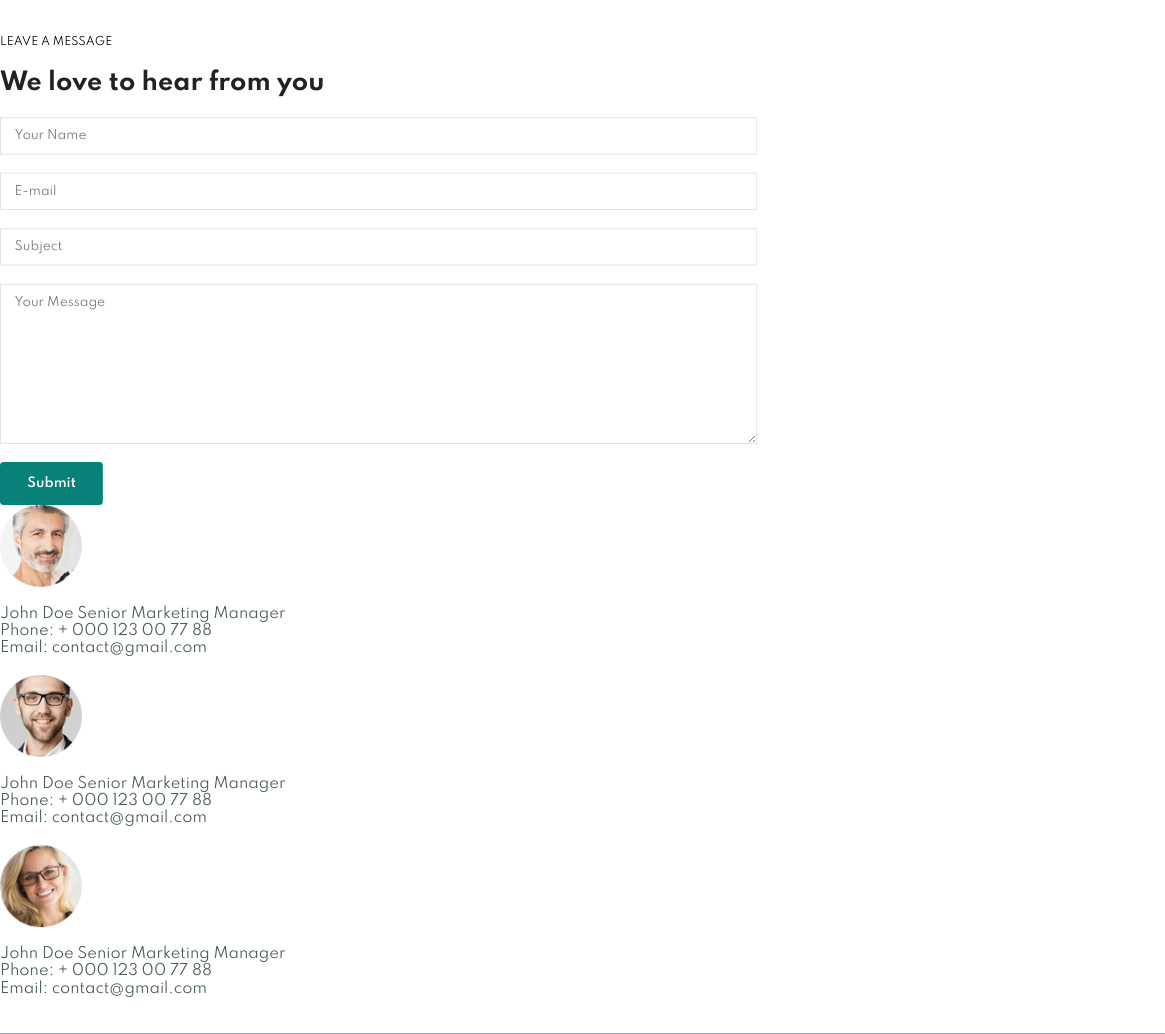
Repository: MinhNhatIT2901/Ecommerce
Page: contact.html
These files come from the project's save history. The page is drawn as it stood at one moment and after the next save; the edit follows.
The browser window is 1280 px wide. The pictures show the part of the page from y = 813 to 1949 px (the page is 2562 px tall), at 91% of full size.
Pictures or frames that could not be fetched are drawn as grey boxes. Some web libraries are served in a nearby version.

Above is the page before, as saved 2022-01-19 21:21:25.

### contact.html
<!DOCTYPE html>
<html lang="en">
<head>
    <meta charset="UTF-8">
    <meta http-equiv="X-UA-Compatible" content="IE=edge">
    <meta name="viewport" content="width=device-width, initial-scale=1.0">
    <title>Ecommerce</title>
    <link rel="stylesheet" href="https://pro.fontawesome.com/releases/v5.10.0/css/all.css" integrity="sha384-AYmEC3Yw5cVb3ZcuHtOA93w35dYTsvhLPVnYs9eStHfGJvOvKxVfELGroGkvsg+p" crossorigin="anonymous"/>
    <link rel="stylesheet" href="./styles/style.css">
</head>
<body>

    <section id="header">
        <a href="">
            <img src="./imgs/img/logo.png" alt="" class="logo">
        </a>
        <div>
            <ul id="navbar">
                <li><a href="index.html">Home</a></li>
                <li><a href="shop.html">Shop</a></li>
                <li><a href="blog.html">Blog</a></li>
                <li><a href="about.html">About</a></li>
                <li><a class="active" href="contact.html">Contact</a></li>
                <li id="lg-bar"><a href="cart.html"><i class="far fa-shopping-bag"></i></a></li>
                <li><a href="login.html"><i class="fas fa-user"></i></a></li>
                <a href="#" id="close">
                    <i class="far fa-times"></i>
                </a>
            </ul>
        </div>
        <div id="mobile">
            <a href="cart.html"><i class="far fa-shopping-bag"></i></a>
            <i id="bar" class="fas fa-outdent"></i>
        </div>
    </section>

    <section id="page-header" class="about-header">
        <h2>#let's_talk</h2>
        <p>LEAVE A MESSAGE, We love to hear from you!</p>
    </section>

    <section class="contact-details section-p1">
        <div class="details">
            <span>GET IN TOUCH</span>
            <h2>Visit one of our agency locations or contact us today</h2>
            <h3>Head Office</h3>
            <div>
                <li>
                    <i class="fal fa-map"></i>
                    <p>56 Glassford Street Glasgow G1 1UL New York</p>
                </li>
                <li>
                    <i class="far fa-envelope"></i>
                    <p>contact@gmail.com</p>
                </li>
                <li>
                    <i class="fas fa-phone-alt"></i>
                    <p>+84 456 9999</p>
                </li>
                <li>
                    <i class="far fa-clock"></i>
                    <p>Monday to Saturday: 9.00am to 16.pm</p>
                </li>
            </div>
        </div>
        <div class="map">
            <iframe src="https://www.google.com/maps/embed?pb=!1m18!1m12!1m3!1d2469.808984134499!2d-1.2565554842535356!3d51.754816379676555!2m3!1f0!2f0!3f0!3m2!1i1024!2i768!4f13.1!3m3!1m2!1s0x4876c6a9ef8c485b%3A0xd2ff1883a001afed!2zxJDhuqFpIGjhu41jIE94Zm9yZA!5e0!3m2!1svi!2s!4v1642600581756!5m2!1svi!2s" width="600" height="450" style="border:0;" allowfullscreen="" loading="lazy"></iframe>
        </div>
    </section>

    <section id="form-details">
        <form action="">
            <span>LEAVE A MESSAGE</span>
            <h2>We love to hear from you</h2>
            <input type="text" placeholder="Your Name">
            <input type="text" placeholder="E-mail">
            <input type="text" placeholder="Subject">
            <textarea name="" id="" cols="30" rows="10" placeholder="Your Message"></textarea>
            <button class="normal">Submit</button>
        </form>

        <div class="people">
            <div>
                <img src="./imgs/img/people/1.png" alt="">
                <p><span>John Doe</span> Senior Marketing Manager <br> Phone: + 000 123
                    00 77 88 <br>Email: contact@gmail.com</p>
            </div>
            <div>
                <img src="./imgs/img/people/2.png" alt="">
                <p><span>John Doe</span> Senior Marketing Manager <br> Phone: + 000 123
                    00 77 88 <br>Email: contact@gmail.com</p>
            </div>
            <div>
                <img src="./imgs/img/people/3.png" alt="">
                <p><span>John Doe</span> Senior Marketing Manager <br> Phone: + 000 123
                    00 77 88 <br>Email: contact@gmail.com</p>
            </div>
        </div>
    </section>

    <section id="newsletter" class="section-p1 section-m1">
        <div class="newstext">
            <h4>Sign Up For Newsletters</h4>
            <p>Get E-mail uppdates about our latest shop and <span>special offers</span></p>
        </div>
        <div class="form">
            <input type="text" placeholder="Your email address">
            <button class="normal">Sign Up</button>
        </div>
    </section>

    <footer class="section-p1">
        <div class="col">
            <img  class="logo" src="imgs/img/logo.png" alt="">
            <h4>Contact</h4>
            <p><strong>Address: </strong> 562 Wellington Road, Street 32, San Francisco</p>
            <p><strong>Phone:</strong> +01 2222 365 /(+91) e1 2345 6789</p>
            <p><strong>Hours:</strong> 10:00 - 18:00, Mon - Sat</p>
            <div class="follow">
                <h4>Follow us</h4>
                <div class="icon">
                    <i class="fab fa-facebook-f"></i>
                    <i class="fab fa-twitter"></i>
                    <i class="fab fa-instagram"></i>
                    <i class="fab fa-pinterest-p"></i>
                    <i class="fab fa-youtube"></i>
                </div>
            </div>
        </div>

        <div class="col">
            <h4>About</h4>
            <a href="#">About us</a>
            <a href="#">Delivery Information</a>
            <a href="#">Privacy Policy</a>
            <a href="#">Terms & Conditions</a>
            <a href="#">Contact Us</a>
        </div>

        <div class="col">
            <h4>My Account</h4>
            <a href="#">Sign In</a>
            <a href="#">View Cart</a>
            <a href="#">My Wishlist</a>
            <a href="#">Track My Order</a>
            <a href="#">Help</a>
        </div>

        <div class="col install">
            <h4>Install App</h4>
            <p>From App Store or Google Play</p>
            <div class="row">
                <img src="imgs/img/pay/app.jpg" alt="">
                <img src="imgs/img/pay/play.jpg" alt="">
            </div>
            <p>Secured Payment Gateways </p>
            <img src="imgs/img/pay/pay.png" alt="">
        </div>
    </footer>
    <div class="copyright">
        <p>® 2021, Tech2 etc HTML CSS Ecommerce Templatek</p>
    </div>
    <script src="./styles/style.js"></script>
</body>
</html>

### styles/style.css
@import url("https://fonts.googleapis.com/css2?family=Poppins:wght@400;500;600;700&family=Spartan:wght@400;500;600;700&display=swap");

:root {
  --primary-color: #088178;
}
* {
  padding: 0;
  margin: 0;
  box-sizing: border-box;
  font-family: "Spartan", sans-serif;
}

h1 {
  font-size: 50px;
  line-height: 64px;
  color: #222;
}

h2 {
  font-size: 46px;
  line-height: 54px;
  color: #222;
}

h4 {
  font-size: 20px;
  color: #222;
}

h6 {
  font-weight: 700;
  font-size: 12px;
}

p {
  font-size: 16px;
  color: #465b52;
  margin: 15px 0 20px 0;
}

.section-p1 {
  padding: 40px 80px;
}

.section-m1 {
  margin: 40px 0;
}

button.normal {
  font-size: 14px;
  font-weight: 600;
  padding: 15px 30px;
  color: #000;
  background-color: #fff;
  cursor: pointer;
  border-radius: 4px;
  outline: none;
  transition: 0.25s;
  border: none;
}

button.white {
  font-size: 13px;
  font-weight: 600;
  padding: 11px 18px;
  color: #fff;
  background-color: transparent;
  cursor: pointer;
  outline: none;
  transition: 0.25s;
  border: 1px solid #fff;
  transition: 0.25s ease;
}

body {
  width: 100%;
}

/* Header */
#header {
  display: flex;
  align-items: center;
  justify-content: space-between;
  padding: 20px 80px;
  background: #e3e6f3;
  box-shadow: 0 5px 15px rgba(0, 0, 0, 0.06);
  z-index: 100;
  position: sticky;
  top: 0;
  left: 0;
}

#navbar {
  display: flex;
  align-items: center;
  justify-content: center;
}

#navbar li {
  list-style: none;
  padding: 0 20px;
  position: relative;
}

#navbar li a {
  text-decoration: none;
  font-size: 16px;
  font-weight: 600;
  color: #1a1a1a;
  transition: 0.25s ease;
}

#navbar li a:hover,
#navbar li a.active {
  color: var(--primary-color);
}

#navbar li a.active::after,
#navbar li a:hover::after {
  content: "";
  width: 30%;
  height: 2px;
  position: absolute;
  bottom: -4px;
  left: 20px;
  background: var(--primary-color);
}

#mobile {
  display: none;
  align-items: center;
}

#close {
  display: none;
}

/* Page home */
#hero {
  background-image: url("/imgs/img/hero4.png");
  height: 90vh;
  width: 100%;
  background-position: top 25% right 0;
  background-size: cover;
  padding: 0 80px;
  display: flex;
  align-items: flex-start;
  justify-content: center;
  flex-direction: column;
}

#hero h4 {
  padding-bottom: 15px;
}

#hero h1 {
  color: var(--primary-color);
}

#hero button {
  background-image: url("/imgs/img/button.png");
  background-color: transparent;
  color: var(--primary-color);
  border: 0;
  padding: 14px 80px 14px 65px;
  background-repeat: no-repeat;
  font-weight: 700;
  font-size: 15px;
  cursor: pointer;
}

#feature {
  display: flex;
  align-items: center;
  justify-content: space-between;
  flex-wrap: wrap;
}

#feature .fe-box {
  width: 180px;
  text-align: center;
  padding: 25px 15px;
  box-shadow: 20px 20px 34px rgba(0, 0, 0, 0.03);
  border: 1px solid #cce7d0;
  border-radius: 4px;
  margin: 15px 0;
}

#feature .fe-box:hover {
  box-shadow: 10px 10px 54px rgba(70, 62, 221, 0.1);
  cursor: pointer;
}

#feature .fe-box img {
  width: 100%;
  margin-bottom: 10px;
}

#feature .fe-box h6 {
  padding: 9px 8px 6px 8px;
  line-height: 1;
  border-radius: 4px;
  color: #088178;
  background-color: #fddde4;
}

#feature .fe-box:nth-child(2) h6 {
  background-color: #cdebbc;
}

#feature .fe-box:nth-child(3) h6 {
  background-color: #d1e8f2;
}

#feature .fe-box:nth-child(4) h6 {
  background-color: #cdd4f8;
}

#feature .fe-box:nth-child(5) h6 {
  background-color: #f6dbf6;
}

#feature .fe-box:nth-child(6) h6 {
  background-color: #fff2e5;
}

#product1 {
  text-align: center;
}

#product1 .pro-container {
  display: flex;
  justify-content: space-between;
  padding-top: 20px;
  flex-wrap: wrap;
}

#product1 .pro {
  width: 23%;
  min-width: 250px;
  padding: 10px 12px;
  border: 1px solid #cce7d0;
  border-radius: 25px;
  cursor: pointer;
  box-shadow: 20px 20px 30px rgba(0, 0, 0, 0.02);
  margin: 15px 0;
  transition: 0.25s ease-in;
  position: relative;
}

#product1 .pro:hover {
  box-shadow: 20px 20px 30px rgba(0, 0, 0, 0.06);
}

#product1 .pro img {
  width: 100%;
  border-radius: 20px;
}

#product1 .pro .des {
  text-align: start;
  padding: 10px 0;
}

#product1 .pro .des span {
  color: #606060;
  font-size: 12px;
}

#product1 .pro .des h5 {
  padding-top: 7px;
  color: #1a1a1a;
  font-size: 14px;
}

#product1 .pro .des i {
  font-size: 12px;
  color: rgb(243, 181, 25);
}

#product1 .pro .des h4 {
  padding-top: 17px;
  font-size: 15px;
  font-weight: 700;
  color: var(--primary-color);
}

#product1 .pro .cart {
  width: 40px;
  height: 40px;
  line-height: 40px;
  border-radius: 50px;
  background-color: #e8f6ea;
  color: var(--primary-color);
  border: 1px solid #cce7d0;
  right: 10px;
  position: absolute;
  bottom: 20px;
}

#product1 .pro .cart:hover {
  background-color: #a2fab0;
}

#banner {
  display: flex;
  flex-direction: column;
  justify-content: center;
  align-items: center;
  text-align: center;
  background-image: url("/imgs/img/banner/b2.jpg");
  width: 100%;
  height: 40vh;
  background-size: cover;
  background-position: center;
}

#banner h4 {
  color: #fff;
  font-size: 16px;
}

#banner h2 {
  color: #fff;
  font-size: 30px;
  padding: 10px 0;
}

#banner h2 span {
  color: #ef3636;
}

#banner button:hover {
  background-color: var(--primary-color);
  color: #fff;
}

#sm-banner {
  display: flex;
  justify-content: space-between;
  flex-wrap: wrap;
}

#sm-banner .banner-box {
  display: flex;
  flex-direction: column;
  justify-content: center;
  align-items: flex-start;
  background-image: url("/imgs/img/banner/b17.jpg");
  min-width: 660px;
  height: 50vh;
  background-size: cover;
  background-position: center;
  padding: 30px;
}

#sm-banner h4 {
  color: #fff;
  font-size: 30px;
  font-weight: 300;
}

#sm-banner h2 {
  color: #fff;
  font-size: 28px;
  font-weight: 800;
}

#sm-banner span {
  color: #fff;
  font-size: 16px;
  font-weight: 300;
  padding-bottom: 15px;
}

#sm-banner .banner-box:hover button {
  background: var(--primary-color);
  border: 1px solid var(--primary-color);
}

#sm-banner .banner-box2 {
  background-image: url("/imgs/img/banner/b10.jpg");
}

#banner3 {
  display: flex;
  justify-content: space-between;
  flex-wrap: wrap;
  padding: 0 80px;
}

#banner3 .banner-box {
  display: flex;
  flex-direction: column;
  justify-content: center;
  align-items: flex-start;
  background-image: url("/imgs/img/banner/b7.jpg");
  min-width: 30%;
  height: 30vh;
  background-size: cover;
  background-position: center;
  padding: 20px;
}

#banner3 h2 {
  color: #fff;
  font-weight: 900;
  font-size: 22px;
}

#banner3 h3 {
  color: red;
  font-weight: 800;
  font-size: 15px;
}

#banner3 .banner-box2 {
  background-image: url("/imgs/img/banner/b4.jpg");
}

#banner3 .banner-box3 {
  background-image: url("/imgs/img/banner/b18.jpg");
}

#newsletter {
  display: flex;
  justify-content: space-between;
  flex-wrap: wrap;
  text-align: center;
  background-image: url("/imgs/img/banner/b14.jpg");
  background-repeat: no-repeat;
  background-position: 20% 30%;
  background-color: #041e42;
}

#newsletter h4 {
  font-size: 22px;
  font-weight: 600;
  color: #fff;
}

#newsletter p {
  font-size: 22px;
  font-weight: 600;
  color: #818ea0;
}

#newsletter p span {
  color: #ffbd27;
}

#newsletter .form {
  display: flex;
  height: 3.123rem;
}

.form-input {
  padding: 0 1.25rem;
  font-size: 14px;
  border: 1px solid transparent;
  border-radius: 4px;
  outline: none;
  border-top-right-radius: 0;
  border-bottom-right-radius: 0;
  position: relative;
}

.form-input:focus {
  border-color: #210af7;
}

#newsletter button {
  background-color: var(--primary-color);
  color: #fff;
  white-space: nowrap;
  border-top-left-radius: 0;
  border-bottom-left-radius: 0;
}

footer {
  display: flex;
  flex-wrap: wrap;
  justify-content: space-between;
}

footer .col {
  display: flex;
  flex-direction: column;
  align-items: flex-start;
  margin-bottom: 20px;
}

footer .logo {
  margin-bottom: 30px;
}

footer h4 {
  font-size: 14px;
  padding-bottom: 20px;
}

footer p {
  font-size: 13px;
  margin: 0 0 8px 0;
}

footer a {
  font-size: 13px;
  text-decoration: none;
  color: #222;
  margin-bottom: 10px;
}

footer .follow {
  margin-top: 20px;
}

footer .follow i {
  color: #465b52;
  padding-right: 4px;
  cursor: pointer;
}

.row img:hover {
  cursor: pointer;
  transform: scale(1.03);
}

footer .install .row img {
  border: 1px solid var(--primary-color);
  border-radius: 6px;
}

footer .install img {
  margin: 10px 0 15px 0;
  transition: transform 0.25s linear;
}

footer .follow i:hover,
footer a:hover {
  color: var(--primary-color);
}

.copyright {
  text-align: center;
}

/* Shop */
#page-header {
  background-image: url("/imgs/img/banner/b1.jpg");
  width: 100%;
  height: 40vh;
  background-size: cover;
  display: flex;
  justify-content: center;
  align-items: center;
  text-align: center;
  flex-direction: column;
  padding: 14px;
}

#page-header h2,
#page-header p {
  color: #fff;
}

#pagination {
  text-align: center;
}

#pagination a {
  text-decoration: none;
  background-color: var(--primary-color);
  padding: 15px 20px;
  border-radius: 4px;
  font-weight: 600;
  color: #fff;
}

#pagination a i {
  font-size: 16px;
  font-weight: 600;
}

/* Single Product */
#prodetails {
  display: flex;
  margin-top: 20px;
}
#prodetails .single-pro-img {
  width: 40%;
  margin-right: 50px;
}

.small-img-group {
  display: flex;
  justify-content: space-between;
}

.small-img-col {
  flex-basis: 24%;
  cursor: pointer;
}

.single-pro-details {
  width: 50%;
  padding-top: 30px;
}

.single-pro-details h4 {
  padding: 40px 0 20px 0;
}

.single-pro-details h2 {
  font-size: 26px;
}

.single-pro-details select {
  display: block;
  padding: 5px 10px;
  margin-bottom: 10px;
}

.single-pro-details input {
  width: 50px;
  height: 47px;
  padding-left: 10px;
  font-size: 16px;
  margin-right: 10px;
}

.single-pro-details input:focus {
  outline: none;
}

.single-pro-details button {
  background: var(--primary-color);
  color: #fff;
}

.single-pro-details span {
  line-height: 25px;
}

/* Blog Page */
#page-header.blog-header {
  background-image: url("/imgs/img/banner/b19.jpg");
}

#blog {
  padding: 150px 150px 0 150px;
}

#blog .blog-box {
  position: relative;
  display: flex;
  align-items: center;
  width: 100%;
  padding-bottom: 90px;
}

#blog .blog-img {
  width: 50%;
  margin-right: 40px;
}

#blog img {
  width: 100%;
  height: 300px;
  object-fit: cover;
}

#blog .blog-details {
  width: 50%;
}

#blog .blog-details a {
  text-decoration: none;
  font-size: 11px;
  color: #000;
  font-weight: 700;
  position: relative;
  transition: 0.25 ease;
}

#blog .blog-details a::after {
  content: "";
  width: 50px;
  height: 1px;
  background-color: #000;
  position: absolute;
  top: 4px;
  right: -60px;
}

#blog .blog-details a:hover {
  color: var(--primary-color);
}

#blog .blog-details a:hover::after {
  background-color: var(--primary-color);
}

#blog .blog-box h1 {
  position: absolute;
  top: -40px;
  left: 0;
  font-size: 70px;
  font-weight: 700;
  z-index: -9;
  color: #c9cbce;
}

/* About Page */
#page-header.about-header {
  background-image: url("/imgs/img/about/banner.png");
}

#about-head {
  display: flex;
  align-items: center;
}

#about-head img {
  width: 50%;
  height: auto;
}

#about-head div {
  padding-left: 40px;
}

#about-head div p,
#about-head div abbr {
  line-height: 1.4;
}

#about-app {
  text-align: center;
}

#about-app .video {
  width: 70%;
  height: 100%;
  margin: 30px auto 0;
}

#about-app .video video {
  width: 100%;
  height: 100%;
  border-radius: 20px;
}

/* Contact Page */

.contact-details {
  display: flex;
  align-items: center;
  justify-content: space-between;
}

.contact-details .details {
  width: 40%;
}

.contact-details .details {
  width: 40%;
}

.contact-details .details span,
#form-details form span {
  font-size: 12px;
}

.contact-details .details h2,
#form-details form h2 {
  font-size: 26px;
  line-height: 35px;
  padding: 20px 0;
}

.contact-details .details h3 {
  font-size: 16px;
  padding-bottom: 15px;
}

.contact-details .details li {
  list-style: none;
  display: flex;
  padding: 10px 0;
}

.contact-details .details li i {
  font-size: 14px;
  padding-right: 22px;
}

.contact-details .details li p {
  margin: 0;
  font-size: 14px;
}

.contact-details .map {
  width: 55%;
  height: 400px;
}

.contact-details .map iframe {
  width: 100%;
  height: 100%;
}

#form-details form {
  width: 65%;
  display: flex;
  flex-direction: column;
  align-items: flex-start;
}

#form-details form input,
#form-details form textarea {
  width: 100%;
  padding: 12px 15px;
  outline: none;
  margin-bottom: 20px;
  border: 1px solid #e1e1e1;
}

#form-details form button {
  background-color: #088178;
  color: #fff;
}

/* Reponsive Start Media */
@media (max-width: 799px) {
  .section-p1 {
    padding: 40px 40px;
  }
  #navbar {
    display: flex;
    flex-direction: column;
    align-items: flex-start;
    justify-content: flex-start;
    position: fixed;
    top: 0;
    right: -300px;
    height: 100vh;
    width: 300px;
    background-color: #e3e6f3;
    box-shadow: 0 40px 60px rgba(0, 0, 0, 0.02);
    padding: 80px 0 0 10px;
    transition: 0.25s ease;
  }

  #navbar.active {
    right: 0;
  }

  #navbar li {
    margin-bottom: 25px;
  }

  #mobile {
    display: flex;
    align-items: center;
  }

  #mobile i {
    color: #1a1a1a;
    font-size: 24px;
    padding-left: 20px;
  }

  #close {
    position: absolute;
    top: 30px;
    right: 30px;
    color: #222;
    font-size: 24px;
    display: initial;
  }

  #lg-bar {
    display: none;
  }

  #hero {
    height: 70vh;
    padding: 0 80px;
    display: flex;
    background-position: top 30% right 30%;
  }

  #feature {
    justify-content: center;
  }

  #feature .fe-box {
    margin: 15px;
  }

  #product1 .pro-container {
    justify-content: center;
  }

  #product1 .pro {
    margin: 15px;
  }

  #banner {
    height: 20vh;
  }

  #sm-banner .banner-box {
    min-width: 100%;
    height: 30vh;
  }

  #banner3 {
    padding: 0 40px;
  }

  #banner3 .banner-box {
    width: 28%;
  }

  #newsletter .form {
    width: 100%;
  }
}

@media (max-width: 477px) {
  .section-p1 {
    padding: 20px;
  }

  #header {
    padding: 10px 30px;
  }

  h1 {
    font-size: 38px;
  }

  h2 {
    font-size: 32px;
  }

  #hero {
    padding: 0 20px;
    background-position: 55%;
  }

  #feature {
    justify-content: space-between;
  }

  #feature .fe-box {
    width: 155px;
    margin: 0 0 15px 0;
  }

  #product1 .pro {
    width: 100%;
  }

  #banner {
    height: 40vh;
  }

  #sm-banner .banner-box {
    height: 40vh;
  }

  #sm-banner .banner-box2 {
    margin-top: 20px;
  }

  #banner3 {
    padding: 0 20px;
  }

  #banner3 .banner-box {
    width: 100%;
  }

  #newsletter {
    padding: 40px 20px;
  }

  #newsletter .form {
    width: 100%;
  }

  /* Single Product */
  #prodetails {
    display: flex;
    flex-direction: column;
  }
  #prodetails .single-pro-img {
    width: 100%;
    margin-right: 0px;
  }
  .single-pro-details {
    width: 100%;
  }

  /* Blog Page */
  #blog {
    padding: 100px 20px 0 20px;
  }

  #blog .blog-box {
    display: flex;
    flex-direction: column;
    align-items: flex-start;
  }

  #blog .blog-img {
    width: 100%;
    margin-bottom: 30px;
  }

  #blog .blog-details {
    width: 100%;
  }

  /* About Page */
  #about-head {
    flex-direction: column;
  }

  #about-head img {
    width: 100%;
    margin-bottom: 20px;
  }

  #about-head .video {
    width: 100%;
  }
}

### styles/style.js
const bar = document.getElementById('bar')
const nav = document.getElementById('navbar')
const cl = document.getElementById('close')

if (bar) {
    bar.addEventListener('click', () => {
        nav.classList.add('active')
    })
}

if (cl) {
    cl.addEventListener('click', () => {
        nav.classList.remove('active')
    })
}

After the next save:
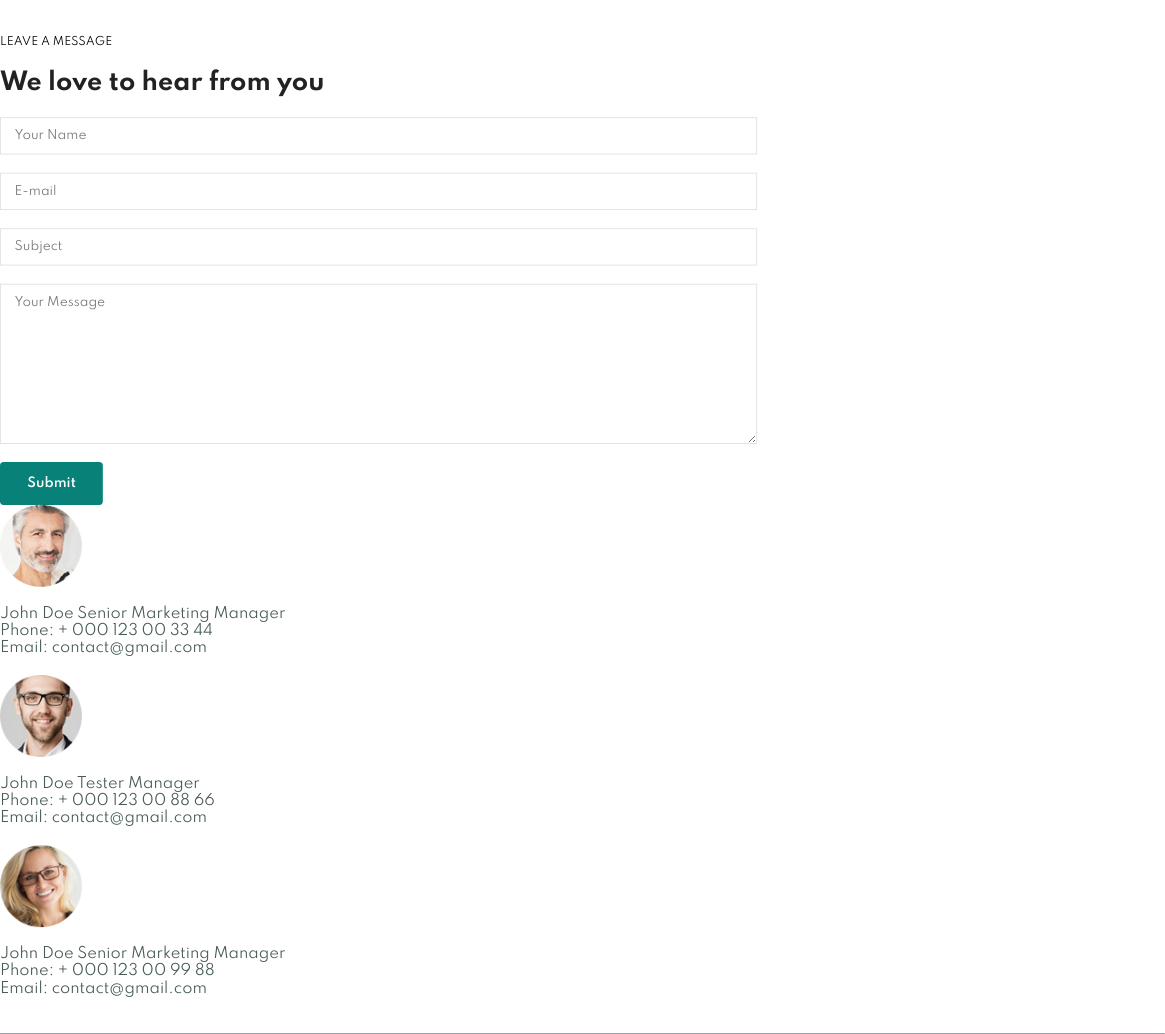
Saved 93 s later.
--- a/contact.html
+++ b/contact.html
@@ -83,17 +83,17 @@
             <div>
                 <img src="./imgs/img/people/1.png" alt="">
                 <p><span>John Doe</span> Senior Marketing Manager <br> Phone: + 000 123
-                    00 77 88 <br>Email: contact@gmail.com</p>
+                    00 33 44 <br>Email: contact@gmail.com</p>
             </div>
             <div>
                 <img src="./imgs/img/people/2.png" alt="">
-                <p><span>John Doe</span> Senior Marketing Manager <br> Phone: + 000 123
-                    00 77 88 <br>Email: contact@gmail.com</p>
+                <p><span>John Doe</span> Tester Manager <br> Phone: + 000 123
+                    00 88 66 <br>Email: contact@gmail.com</p>
             </div>
             <div>
                 <img src="./imgs/img/people/3.png" alt="">
                 <p><span>John Doe</span> Senior Marketing Manager <br> Phone: + 000 123
-                    00 77 88 <br>Email: contact@gmail.com</p>
+                    00 99 88 <br>Email: contact@gmail.com</p>
             </div>
         </div>
     </section>
